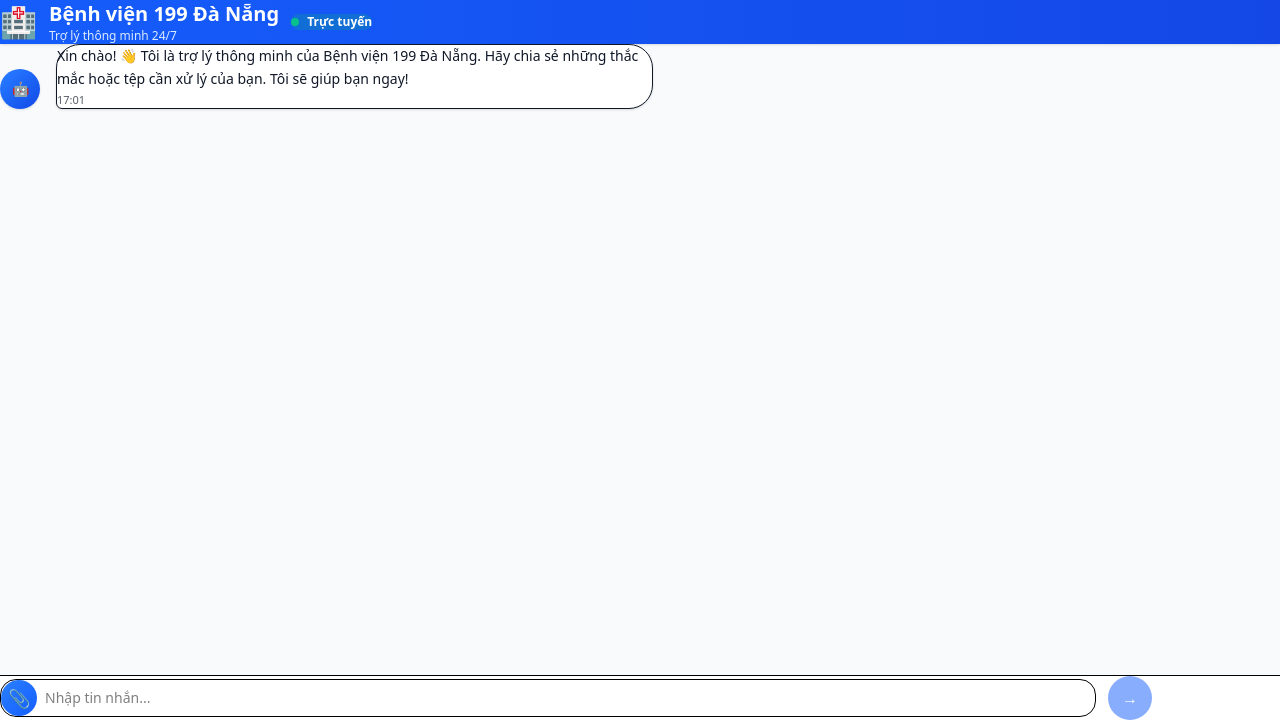
Repository: France2003/B-nh_Vi-n_199
Page: /
An editor plug-in stored every save of this project. The page is shown before and after the next save, followed by the edit.
The browser window is 1280 px wide. The pictures show the whole page.
The project was rebuilt for these pictures with package versions that can differ from the ones it lists, and the page was loaded fresh each time. Also part of the build but not shown: vite.config.ts, src/App.css, src/components/FilePreview.tsx.

Above is the page before, as saved 2026-01-10 11:58:22.

After the next save:
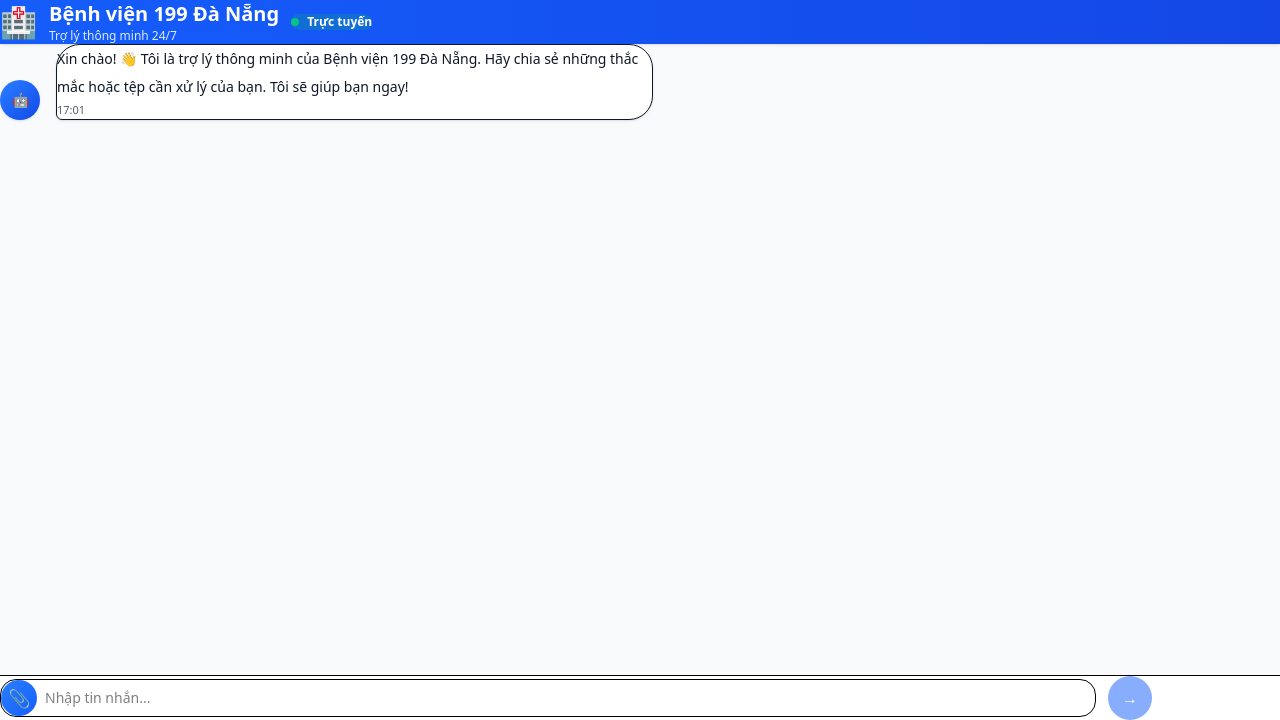
Saved 2 min 3 s later.
--- a/src/components/ChatMessage.tsx
+++ b/src/components/ChatMessage.tsx
@@ -33,7 +33,7 @@
             }
           `}
         >
-          <div className="whitespace-pre-wrap">{message.content}</div>
+          <div className="break-words leading-7">{message.content}</div>
 
           <div
             className={`mt-2 text-[11px] opacity-70 ${isUser ? 'text-right' : 'text-left'
